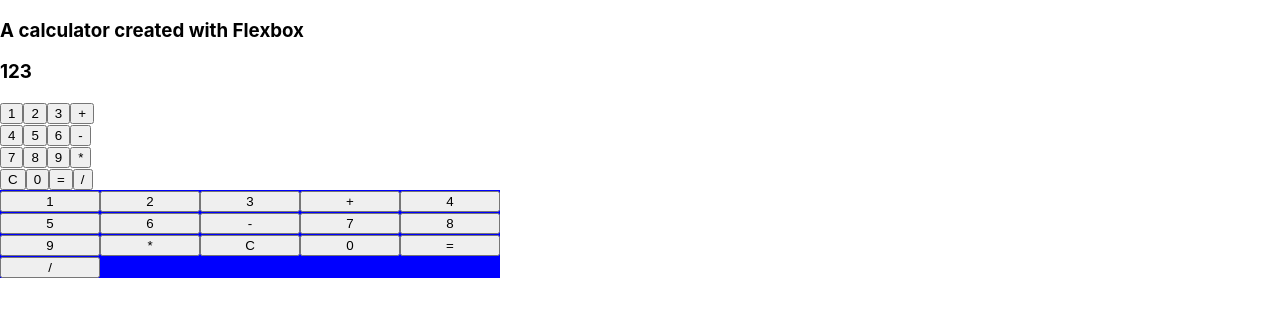
Repository: qudos4real/calculator
Page: /
An editor plug-in stored every save of this project. The page is shown before and after the next save, followed by the edit.
The browser window is 1280 px wide. The pictures show the whole page.
The project was rebuilt for these pictures with package versions that can differ from the ones it lists, and the page was loaded fresh each time.

Above is the page before, as saved 2022-10-08 19:25:06.

After the next save:
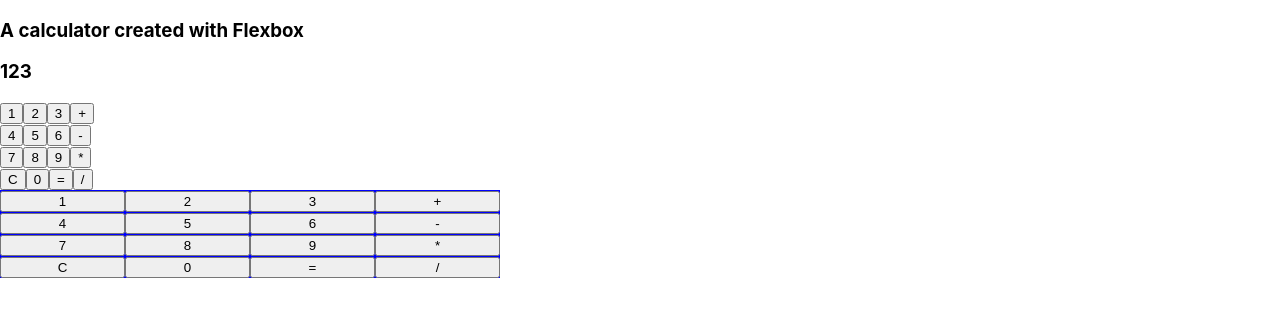
Saved 6 s later.
--- a/src/components/Buttons.css
+++ b/src/components/Buttons.css
@@ -3,5 +3,5 @@
     background-color: blue;
 }
 .num {
-    width: 20%;
+    width: 25%;
 }
